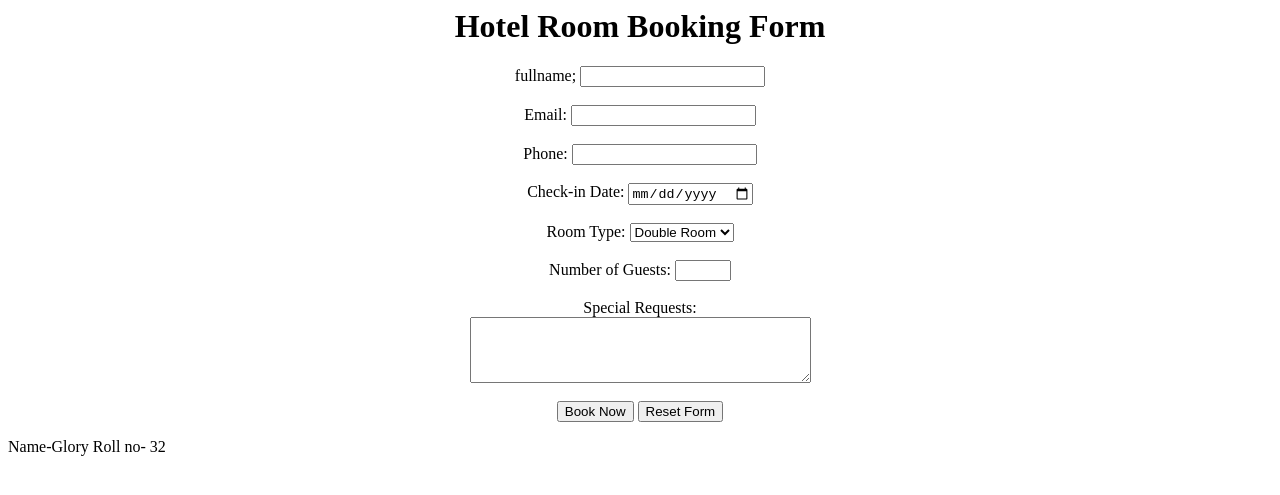
Repository: Glory998/ELCE1-32
Page: experiment4.html.html
An editor plug-in stored every save of this project. The page is shown before and after the next save, followed by the edit.
The browser window is 1280 px wide. The pictures show the whole page.

Above is the page before, as saved 2025-10-22 20:11:49.

After the next save:
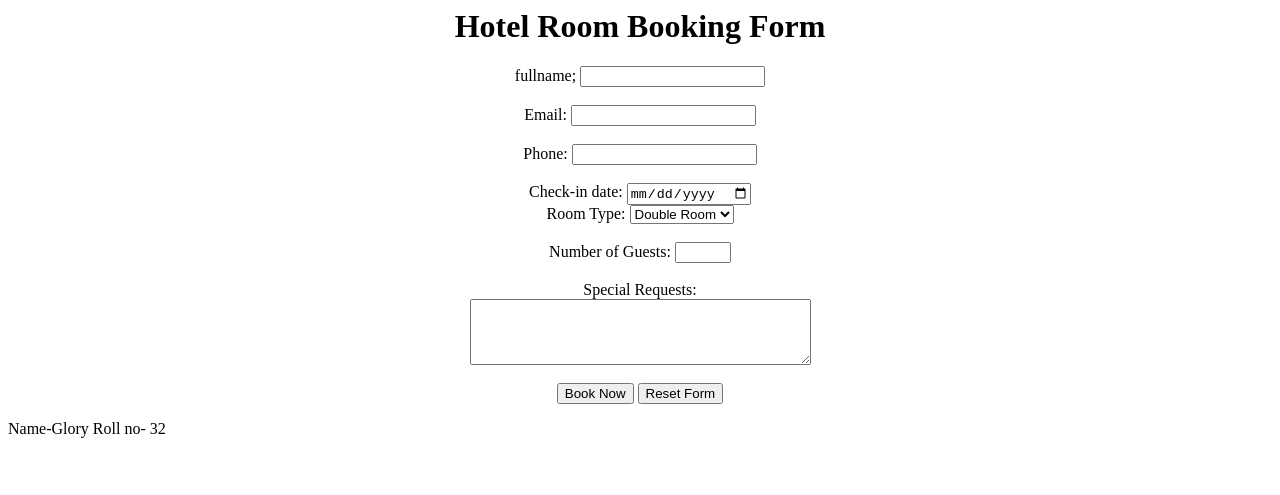
Saved 62 min 40 s later.
--- a/experiment4.html.html
+++ b/experiment4.html.html
@@ -14,8 +14,8 @@
         <input type="tel" id="phone" required>
         <br><br>
         <!--Check-in & Check-out-->
-        <label for="checkin">Check-in Date:</label>
-        <input type="date" id="checkout" name="checkout">
+        <label for="checkin">Check-in date:</label>
+        <input type="date" i
         <br><br>
         <!--Room Type-->
         <label for="room">Room Type:</label>
